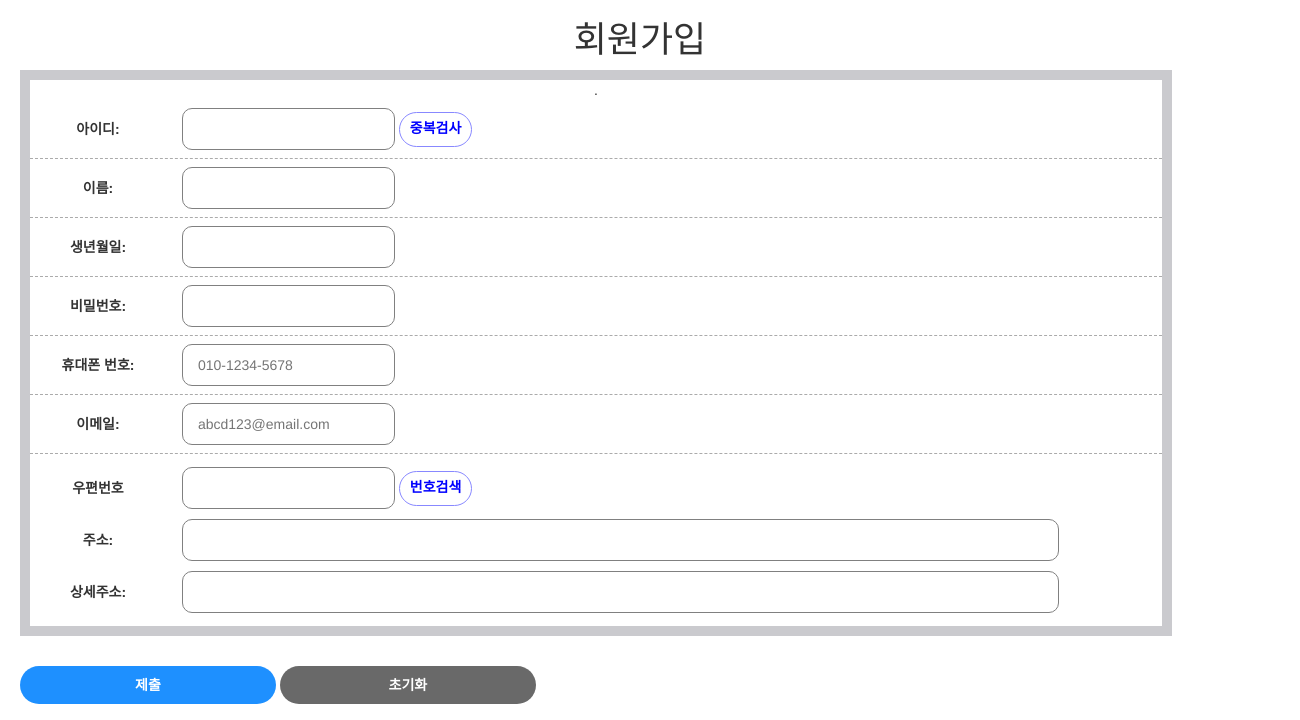
Repository: ypyp0205/jquery
Page: jqpro/WebContent/0226/회원가입입력폼.html
An editor plug-in stored every save of this project. The page is shown before and after the next save, followed by the edit.
The browser window is 1280 px wide. The page is 1300 px wide, so the pictures cover 1300 px, including what lies to the right of the window. The pictures show the whole page.
Some web libraries are served in a nearby version.

Above is the page before, as saved 2020-03-09 02:48:01.

### jqpro/WebContent/0226/회원가입입력폼.html
<!DOCTYPE html>
<html>
<head>
<meta charset="UTF-8">
<title>Insert title here</title>
<meta name="viewport" content="width=device-width, initial-scale=1">
<link rel="stylesheet" href="https://maxcdn.bootstrapcdn.com/bootstrap/3.3.7/css/bootstrap.min.css">
  <script src="https://ajax.googleapis.com/ajax/libs/jquery/3.2.1/jquery.min.js"></script>
  <script src="https://maxcdn.bootstrapcdn.com/bootstrap/3.3.7/js/bootstrap.min.js"></script>
  <script src="https://code.jquery.com/ui/1.12.1/jquery-ui.js"></script>


<script>
 $(function(){

	 //아이디 중복검사
	 $('#btnid').on('click', function(){

		 idvalue =  $('#id').val().trim();
		 idlen = idvalue.length;

		 // 공백체크
		 if(idlen <= 0){
			 alert("아이디 입력");
			 return false;
		 }

		 // 길이 체크 4~8
		 if(idlen < 4 || idlen >8){
			 alert('id 4~8사이로 입력하세요.');
			 return false;
		 }
		 // 형식체크
		 idreg = /^[a-zA-Z]+[0-9]+$/

		 if(!(idreg.test(idvalue))){
			 alert("id 형식 오류");
			 return false;
		 }

		 console.log(idvalue);
		 $.ajax({
			 url : '/jqpro/CheckId',
			 data : { 'id' : idvalue},
			 type : 'get',
			 dataType : 'json',
			 success : function(res){
				 $('#idchk').html(res.sw)
				            .css('color', 'red');
			 },
			 error : function(xhr){
				alert("상태 : " + xhr.status);
			 }
		 })
	 })

	 //우편번호 검색
	 $('#zipBtn').on('click', function(){
		 window.open("zip.html", "_blank", "width=400 height=500");
	 })

	 //제출
	 $('#btnjoin').on('click', function(){

		 console.log($('#ff').serialize());

		 console.log($('#ff').serializeArray());

		 // 입력데이터의 공백이나 형식 체크하고
		 // 올바른 데이터일 경우는 서버로 전송한다.


		 $.ajax({
			 url : '/jqpro/MemberJoin',
			 type : 'post',
			 data : $('#ff').serializeArray(),
			 success : function(res){
				 $('#joinres').html(res.sw).css('color', 'red');
				 $('#reset').hide();
			 },
			 error : function(xhr){
				 alert("상태 : " + xhr.status);
			 },
			 dataType : 'json'
		 })
	 })
 })

 </script>
 <style>
  .container1{text-align:center;   }
  .form-horizontal1{ margin-left: 20px; width:100%;   box-sizing:border-box; }

   fieldset {border: 10px solid #cacace; background: #fff; width:90%;}

	.form-group1 {
	        text-align:left;
	        padding: 8px;
	        border-bottom: 1px dashed #ababab;
	 }

    .form-group1 label.control-label {
	          /* background: #efefef;  */
	          width: 120px;
	          display: inline-block;
	          text-align: center;
	          box-sizing:border-box;
	 }

	.form-group1 input, .form-group1 select {
	         box-sizing:border-box;
	        margin-left : 20px;
	        padding: 10px 15px;
	        border-radius: 10px;
	        border: 0 none;
	        border : 1px solid gray;
	 }
	 .form-group1 select{
	      width : 200px;
	 }
	.form-group1 input#add1, .form-group1 input#add2{
	           width:calc(90% - 127px);
	           box-sizing:border-box;
	 }
	.form-group1 input.addr{
	          margin : 5px 20px;
	          margin-right: 0px;
	}
	.form-group1:last-child {border-bottom: 0 none;}
	.form-group1 .btn{
		   background:#fff;
		   font-weight: bold;
		   border:1px solid #8888ff;
		   color:blue;
		  /*  margin-left: 10px; */
		   padding: 5px 10px 8px;
		   border-radius: 50px;
		 /*   box-sizing:border-box; */
	 }

	.btn-wrap{margin-top:30px; text-align: left;}
	.btn-wrap .btn{
	        width:20%;
	        padding:10px;
	        font-size:1.0em;
	      /*   box-sizing:border-box; */
	        color: white;
	        font-weight: bold;
	        background: Dodgerblue;
	        border:  none;
	        border-radius: 50px;
	  }
	.btn-wrap .btn.btn-default{background: DimGray;}

  span {
   color : red;
    font-size : 1.2em;
  }
  td{
    text-align : center;
  }

  .ziptr:hover{
     background : lime;
  }
</style>



</head>
<body>
<div class="container1">
<h1>회원가입</h1>

<form class="form-horizontal1"  id="ff"  name="ff">

	 <fieldset> .

	   <div class="form-group1">
	      <label class="control-label" for="id">아이디:</label>
	        <input type="text" class="form-control1" id="id" placeholder="" name="mem_id">
	       <button type="button" id="btnid" class="btn">중복검사</button>
	      <span id="idchk"></span>
	    </div>

		 <div class="form-group1">
	      <label class="control-label" for="name">이름:</label>
	        <input type="text" class="form-control1" id="name" placeholder="" name="mem_name">
	    </div>

	    <div class="form-group1">
	      <label class="control-label" for="bir">생년월일:</label>
	      <input type="text" class="form-control1" id="bir" placeholder="" name="mem_bir">
	    </div>

	    <div class="form-group1">
	      <label class="control-label" for="pass">비밀번호:</label>
	        <input type="password" class="form-control1" id="pass" placeholder="" name="mem_pass">
	    </div>



	    <div class="form-group1">
	      <label class="control-label" for="ptel">휴대폰 번호:</label>
	        <input type="text" class="form-control1" id="ptel" placeholder="010-1234-5678" name="mem_hp">
	    </div>

	    <div class="form-group1">
	      <label class="control-label" for="email">이메일:</label>
	        <input type="email" class="form-control1" id="email" placeholder="abcd123@email.com" name="mem_mail">
	    </div>

	    <div class="form-group1">
	      <label class="control-label" for="zip">우편번호</label>
	         <input type="text" class="form-control1 addr" id="zip" placeholder="" name="mem_zip">
	         <button type="button"  id="zipBtn" class="btn">번호검색</button> <br>
	         <!--  <button type="button" id="btnzip" class="btn btn-success btn-xs" data-toggle="modal" data-target="#myModal">번호검색</button><br> -->
	       <label class="control-label" for="zip">주소:</label>
	         <input type="text" class="form-control1 addr"  id="add1" placeholder="" name="mem_add1"><br>
	        <label class="control-label" for="zip">상세주소:</label>
	         <input type="text" class="form-control1 addr"  id="add2" placeholder="" name="mem_add2">
	    </div>


  </fieldset>
    <div class="btn-wrap">
        <input type="button" class="btn btn-primary btn-lg" id="btnjoin" value="제출">
		<span id="joinres"></span>
		<input id="reset" type="reset" class="btn btn-default btn-lg" value="초기화">
    </div>
  </form>
 </div>


 <!-- Modal -->
  <div class="modal fade" id="myModal" role="dialog">
    <div class="modal-dialog">

      <!-- Modal content-->
      <div class="modal-content">
        <div class="modal-header">
          <button type="button" class="close" data-dismiss="modal">&times;</button>
          <h4 class="modal-title">우편번호 찾기</h4>
        </div>
        <div class="modal-body">
          <p>찾고자 하는 동을 입력하세요.</p>
          <input type="text" id="dong">
          <button type="button" id="zipbtn2">검색</button>
          <br><br>

          <div id="result"></div>
        </div>
        <div class="modal-footer">
          <button type="button" class="btn btn-default" data-dismiss="modal">Close</button>
        </div>
      </div>

    </div>
  </div>

</body>
</html>

Loaded but not shown: jqpro/WebContent/js/member.js (common file)

After the next save:
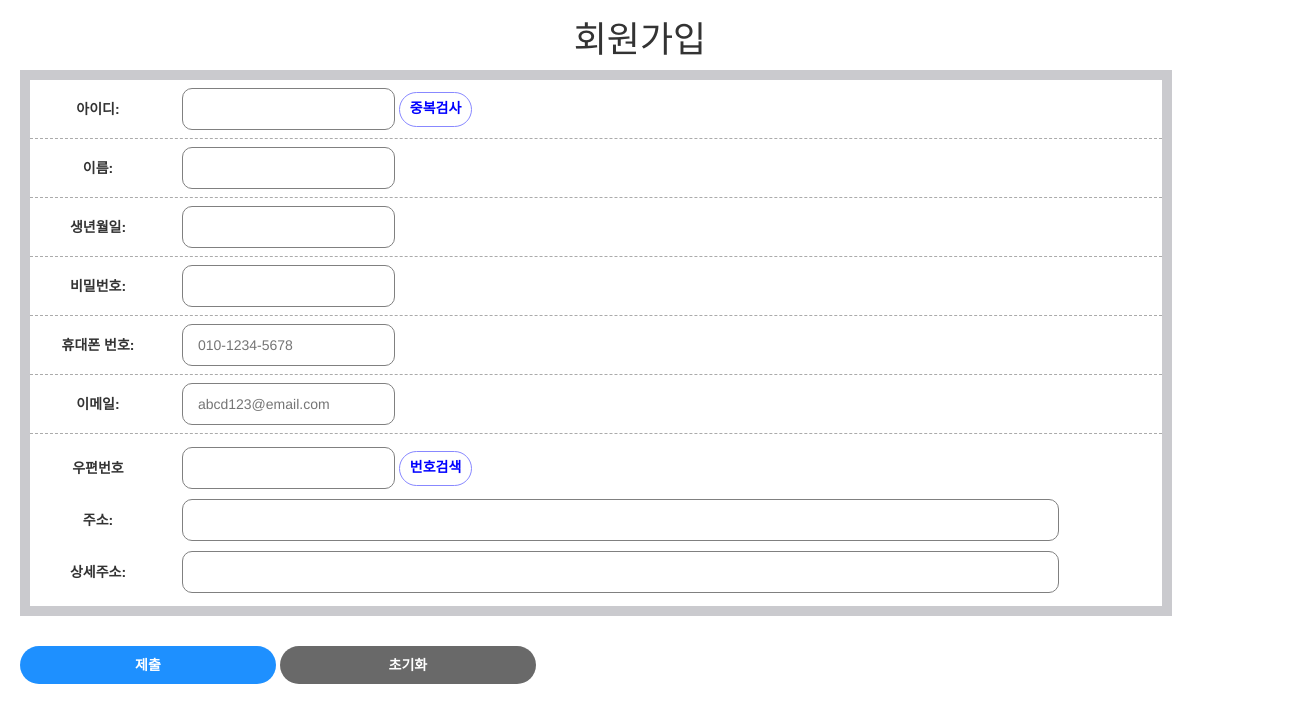
Saved 3 min 15 s later.
--- a/jqpro/WebContent/0226/회원가입입력폼.html
+++ b/jqpro/WebContent/0226/회원가입입력폼.html
@@ -9,6 +9,7 @@
   <script src="https://maxcdn.bootstrapcdn.com/bootstrap/3.3.7/js/bootstrap.min.js"></script>
   <script src="https://code.jquery.com/ui/1.12.1/jquery-ui.js"></script>
 
+<script src="../js/member.js"></script>
 
 <script>
  $(function(){
@@ -18,24 +19,22 @@
 
 		 idvalue =  $('#id').val().trim();
 		 idlen = idvalue.length;
-
-		 // 공백체크
+		 //공백체크
 		 if(idlen <= 0){
-			 alert("아이디 입력");
+			 alert("아이디입력");
 			 return false;
 		 }
-
-		 // 길이 체크 4~8
-		 if(idlen < 4 || idlen >8){
-			 alert('id 4~8사이로 입력하세요.');
-			 return false;
-		 }
-		 // 형식체크
+		 //길이 체크 4~12
+	     if(idlen < 4 || idlen > 12){
+	    	 alert('id 4~8사이로 입력 ');
+	    	 return false;
+	     }
+
+		 //형식체크
 		 idreg = /^[a-zA-Z]+[0-9]+$/
-
-		 if(!(idreg.test(idvalue))){
-			 alert("id 형식 오류");
-			 return false;
+		 if(  !(idreg.test(idvalue))){
+		   alert("id 형식오류") ;
+		   return false;
 		 }
 
 		 console.log(idvalue);
@@ -63,25 +62,25 @@
 	 $('#btnjoin').on('click', function(){
 
 		 console.log($('#ff').serialize());
-
 		 console.log($('#ff').serializeArray());
 
-		 // 입력데이터의 공백이나 형식 체크하고
-		 // 올바른 데이터일 경우는 서버로 전송한다.
-
+		 //입력데이타의 공백이나 형식체크
+		 //올바른 데이타일 경우 는 서버로 전송
+		 //이름, 비밀번호, email , 생년월일, 휴대폰
 
 		 $.ajax({
-			 url : '/jqpro/MemberJoin',
-			 type : 'post',
-			 data : $('#ff').serializeArray(),
-			 success : function(res){
-				 $('#joinres').html(res.sw).css('color', 'red');
-				 $('#reset').hide();
-			 },
-			 error : function(xhr){
-				 alert("상태 : " + xhr.status);
-			 },
-			 dataType : 'json'
+			url : '/jqpro/MemberJoin',
+			type : 'post',
+			data : $('#ff').serializeArray(),
+			success : function(res){
+				$('#joinres').html(res.sw)
+				             .css('color', 'red');
+				$('#reset').hide();
+			},
+			error : function(xhr){
+				alert("상태 : " + xhr.status);
+			},
+			dataType : 'json'
 		 })
 	 })
  })
@@ -174,7 +173,7 @@
 
 <form class="form-horizontal1"  id="ff"  name="ff">
 
-	 <fieldset> .
+	 <fieldset>
 
 	   <div class="form-group1">
 	      <label class="control-label" for="id">아이디:</label>
@@ -207,7 +206,7 @@
 
 	    <div class="form-group1">
 	      <label class="control-label" for="email">이메일:</label>
-	        <input type="email" class="form-control1" id="email" placeholder="abcd123@email.com" name="mem_mail">
+	        <input type="email" class="form-control1" id="email" placeholder="abcd123@email.com" name="mem_mail" >
 	    </div>
 
 	    <div class="form-group1">
